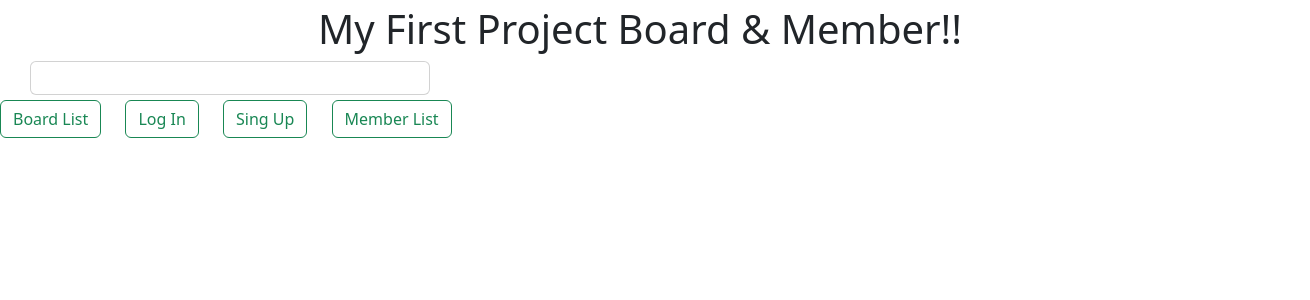
Repository: Raneechoi/java2022_09_03
Page: http://localhost/Project/mem/login_auth
An editor plug-in stored every save of this project. The page is shown before and after the next save, followed by the edit.
The browser window is 1280 px wide. The page is 1310 px wide, so the pictures cover 1310 px, including what lies to the right of the window. The pictures show the whole page.
The page is served by Tomcat 9. Queries for data that is not in the repository find no rows.

Above is the page before, as saved 2022-12-08 06:06:37.

After the next save:
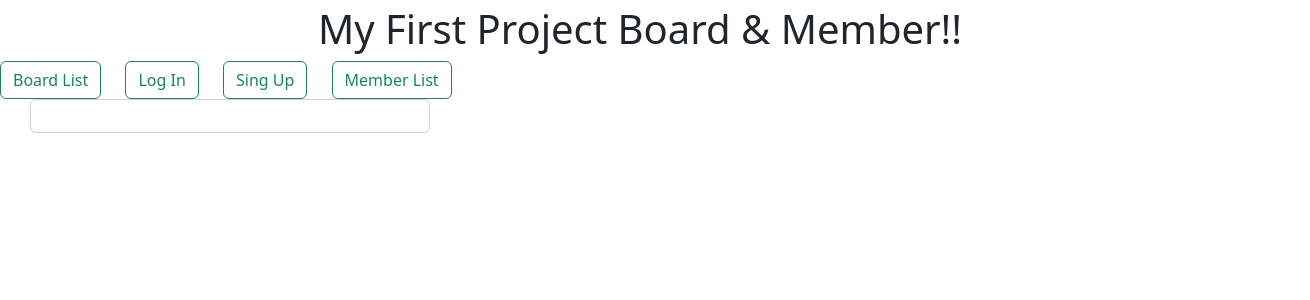
Saved 23 s later.
--- a/JSP_Board&Member/Project/src/main/webapp/index.jsp
+++ b/JSP_Board&Member/Project/src/main/webapp/index.jsp
@@ -14,6 +14,13 @@
 <body>
 <div style="margin-top: 5px">
 	<h1 style="text-align: center;">My First Project Board & Member!!</h1>
+</div>
+
+<div style="width: 600px; display: inline-block; ">
+		<a href="/bor/pageList" style="margin-right: 20px"><button class="btn btn-outline-success">Board List</button></a>
+		<a href="/mem/login" style="margin-right: 20px"><button class="btn btn-outline-success">Log In</button></a>
+		<a href="/mem/join" style="margin-right: 20px"><button class="btn btn-outline-success">Sing Up</button></a>
+		<a href="/mem/list" ><button class="btn btn-outline-success">Member List</button></a>
 </div>
 
 <div class="card" style="width: 400px; display:inline-flex; margin-left:30px; margin-right: 880px">
@@ -33,12 +40,6 @@
 	</div>
 </div>
 
-<div style="width: 600px; display: inline-block; ">
-		<a href="/bor/pageList" style="margin-right: 20px"><button class="btn btn-outline-success">Board List</button></a>
-		<a href="/mem/login" style="margin-right: 20px"><button class="btn btn-outline-success">Log In</button></a>
-		<a href="/mem/join" style="margin-right: 20px"><button class="btn btn-outline-success">Sing Up</button></a>
-		<a href="/mem/list" ><button class="btn btn-outline-success">Member List</button></a>
-</div>
 
 <div >
 	<c:if test="${ses.email ne null && ses.email ne '' }">
